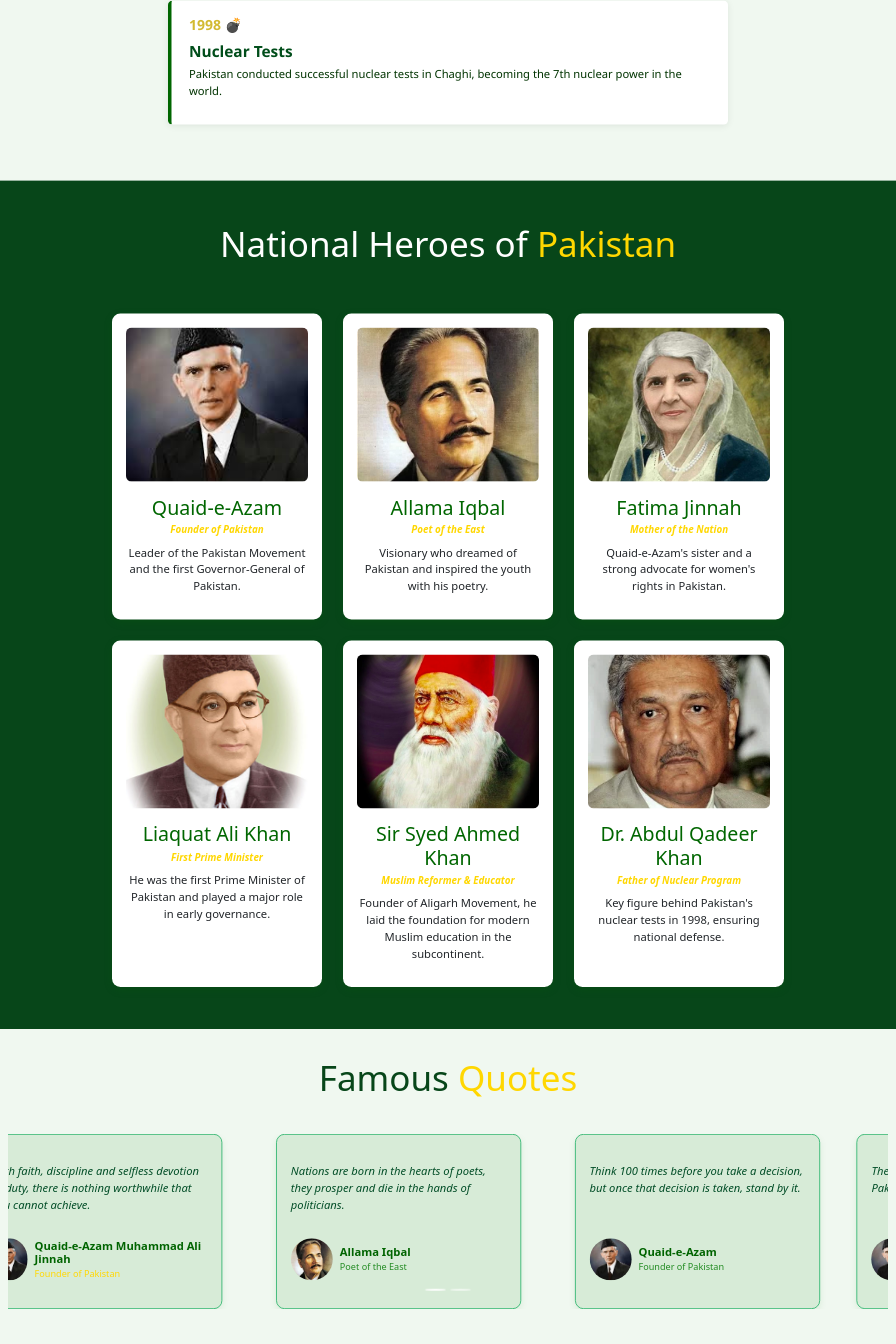
Repository: memonmuhammadali98/Pakistan-Independence-Day
Page: index.html
The author's editor kept a copy of each file at every save. The page is drawn from the files as they stood at one save, then again after a run of saves.
The browser window is 1280 px wide. The pictures show the part of the page from y = 2760 to 4680 px (the page is 4680 px tall), at 70% of full size.

Above is the page before, as saved 2025-08-08 17:46:52.
Console error: TypeError: Cannot set properties of null (setting 'innerHTML')

After the next 3 saves:
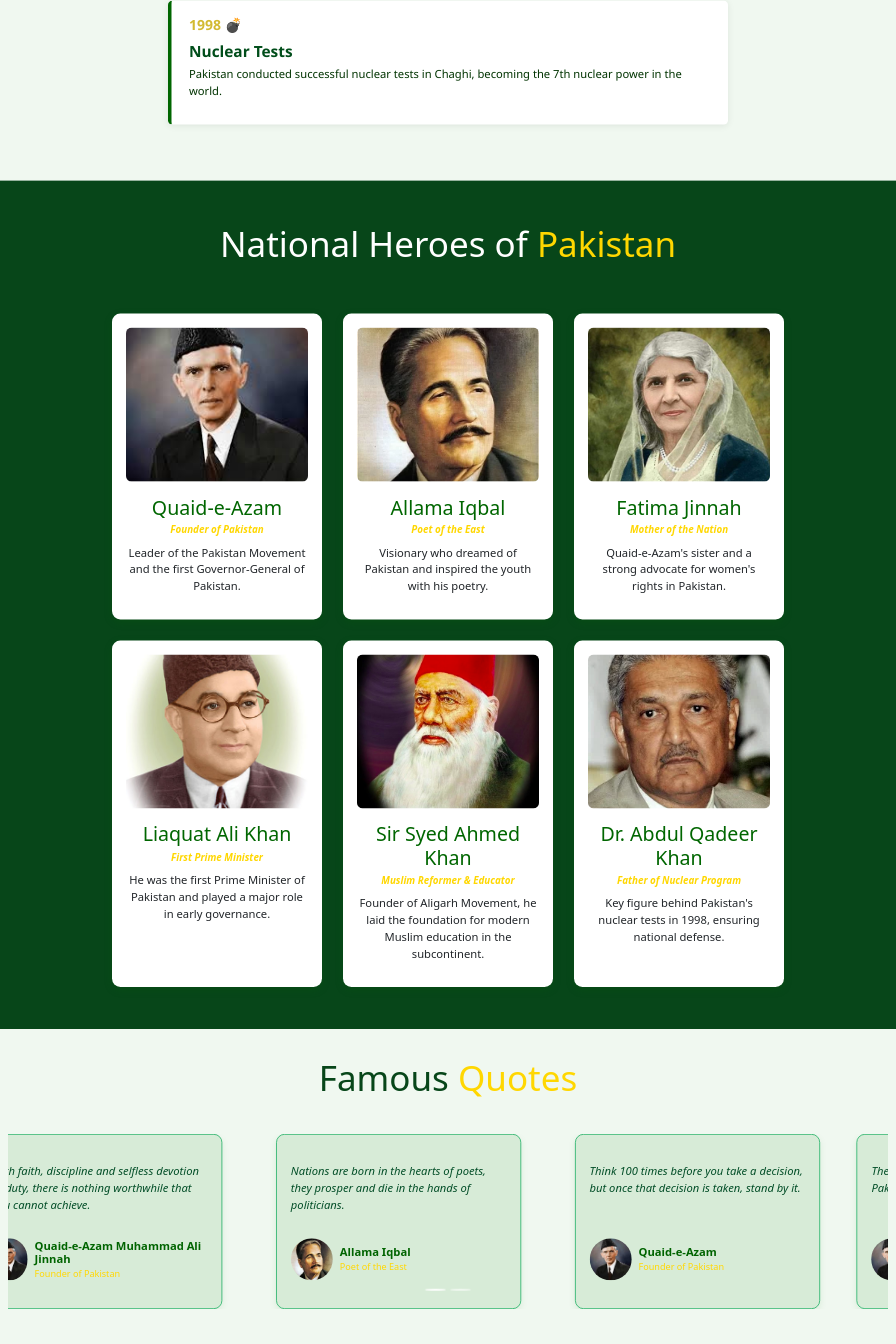
The 3 saves are shown as one change because they came seconds apart.
The last was saved 15 s later.
--- a/index.html
+++ b/index.html
@@ -283,7 +283,7 @@
         <img src="./Assets/Allama-Iqbal-img.webp" alt="pfp" class="testi-pfp">
         <div class="testi-intro-text">
           <h3>Allama Iqbal</h3>
-          <span>Poet of the East</span>
+          <span style="color: gold;">Poet of the East</span>
         </div>
       </div>
      </div>
@@ -297,7 +297,7 @@
         <img src="./Assets/Quaid-img.jpeg" alt="pfp" class="testi-pfp">
         <div class="testi-intro-text">
           <h3>Quaid-e-Azam</h3>
-          <span>Founder of Pakistan</span>
+          <span style="color: gold;">Founder of Pakistan</span>
         </div>
       </div>
      </div>
@@ -311,7 +311,7 @@
         <img src="./Assets/Quaid-img.jpeg" alt="pfp" class="testi-pfp">
         <div class="testi-intro-text">
           <h3>Muhammad Ali Jinnah</h3>
-          <span>Founder of Pakistan</span>
+          <span style="color: gold;">Founder of Pakistan</span>
         </div>
       </div>
      </div>
